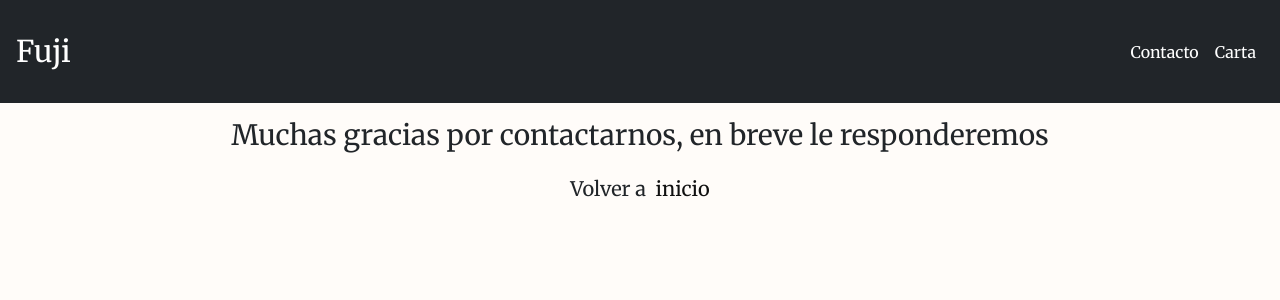
Repository: aipacheco/Fuji-restaurante
Page: answer.html
The author's editor kept a copy of each file at every save. The page is drawn from the files as they stood at one save, then again after the next save.
The browser window is 1280 px wide. The pictures show the whole page.
Some web libraries are served in a nearby version.

Above is the page before, as saved 2024-01-29 18:44:47.

### answer.html
<!DOCTYPE html>
<html lang="en">
  <head>
    <meta charset="UTF-8" />
    <meta name="viewport" content="width=device-width, initial-scale=1.0" />

    <link
      href="https://cdn.jsdelivr.net/npm/bootstrap@5.3.2/dist/css/bootstrap.min.css"
      rel="stylesheet"
      integrity="sha384-T3c6CoIi6uLrA9TneNEoa7RxnatzjcDSCmG1MXxSR1GAsXEV/Dwwykc2MPK8M2HN"
      crossorigin="anonymous"
    />
    <link rel="preconnect" href="https://fonts.googleapis.com" />
    <link rel="preconnect" href="https://fonts.gstatic.com" crossorigin />
    <link
      href="https://fonts.googleapis.com/css2?family=Merriweather&display=swap"
      rel="stylesheet"
    />
    <link rel="stylesheet" href="./css/styles.css" />
    <title>Respuesta</title>
  </head>

  <body>
    <!-- Navbar -->
    <nav class="navbar navbar-expand-lg bg-dark" data-bs-theme="dark">
      <a class="navbar-brand d-flex align-items-center m-3" href="./index.html">
        <span id="icon">Fuji</span>
      </a>

      <button
        class="navbar-toggler m-3"
        type="button"
        data-toggle="collapse"
        data-target="#navbarNavDropdown"
        aria-controls="navbarNavDropdown"
        aria-expanded="false"
        aria-label="Toggle navigation"
      >
        <span class="navbar-toggler-icon"></span>
      </button>

      <div
        class="collapse navbar-collapse justify-content-end m-3"
        id="navbarNavDropdown"
      >
        <ul class="navbar-nav align-items-center">
          <li class="nav-item active m-2">
            <a href="/contacto.html">Contacto</a>
          </li>
          <li class="nav-item active m-2">
            <a href="/menu.html">Carta</a>
          </li>
        </ul>
      </div>
    </nav>

    <div class="container text-center">
      <div class="row m-3">
        <h3>Muchas gracias por contactarnos, en breve le responderemos</h3>
      </div>
      <div class="row m-3">
        <h5>Volver a &nbsp;<a class="answer" href="./index.html">inicio</a></h5>
      </div>
    </div>

    <script src="https://code.jquery.com/jquery-3.2.1.slim.min.js"></script>
    <script src="https://cdnjs.cloudflare.com/ajax/libs/popper.js/1.12.9/umd/popper.min.js"></script>
    <script src="https://maxcdn.bootstrapcdn.com/bootstrap/4.0.0/js/bootstrap.min.js"></script>
  </body>
</html>

### css/styles.css
body {
  font-family: 'Merriweather', serif;
  margin: 0;
  padding: 0;
background-color: rgb(255, 252, 249);
  /* height: 100vh;
  width: 100vw; */
}
/* div {
  border: 1px solid red;
} */
nav a {
  text-decoration: none;
  color: white;
}
#icon {
  font-size: 1.5em;
}
.img-restaurante {
  max-height: 30em;
  width: auto;
  object-fit: cover;
}
textarea {
  resize: none !important;
}
.card {
  background-color: rgba(250, 235, 215, 0.212);
  transition: 0.5s;
}
.card:hover {
  box-shadow: 6px 5px 10px 1px rgba(0, 0, 0, 0.75);
  transition: 0.5s;
}
.card-footer {
  background-color: rgba(255, 241, 241, 0.153);
}
.card-title {
  font-weight: bold;
}
.jumbotron {
  font-size: 6em;
  text-shadow: 1px 1px 4px #ffffff4e, 1px 1px 15px #ededed4b;
}

.img-menu {
  max-height: 17em;
  width: auto;
  object-fit: cover;
}
.row-menu {
  margin-top: 1em;
  margin-bottom: 1em;
}
.answer {
  text-decoration: none;
  color: rgb(16, 16, 16);
}
iframe {
  height: 20em;
  padding: 0;
  margin: 0;
}

After the next save:
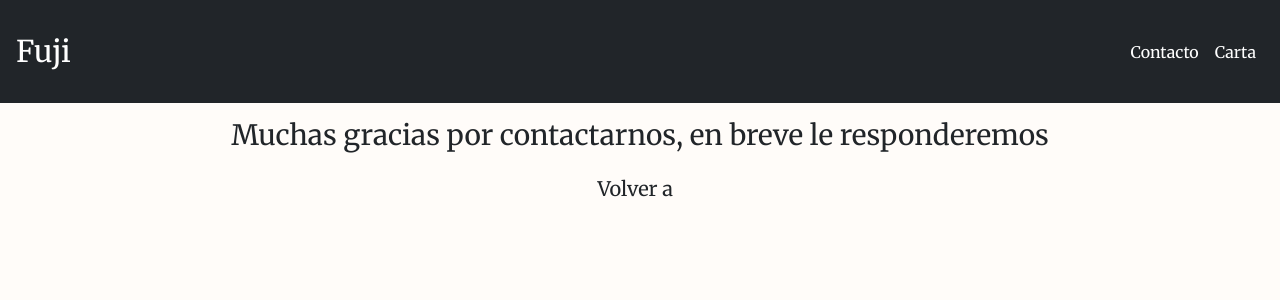
Saved 59 s later.
--- a/answer.html
+++ b/answer.html
@@ -59,7 +59,7 @@
         <h3>Muchas gracias por contactarnos, en breve le responderemos</h3>
       </div>
       <div class="row m-3">
-        <h5>Volver a &nbsp;<a class="answer" href="./index.html">inicio</a></h5>
+        <h5>Volver a &nbsp;</h5>
       </div>
     </div>
 
